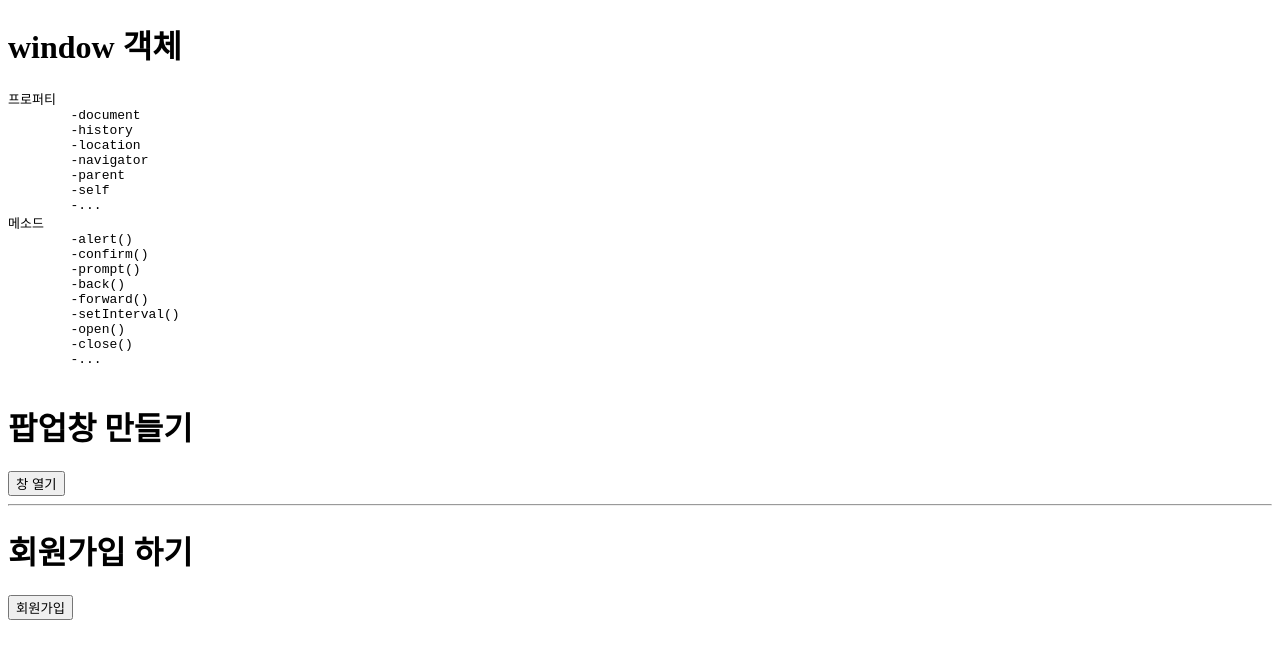
Repository: sunghyun-biblee/LearnSpace
Page: 4_UI/JS_Test/WebContent/js16_window01.html
The author's editor kept a copy of each file at every save. The page is drawn from the files as they stood at one save, then again after the next save.
The browser window is 1280 px wide. The pictures show the whole page.
After loading, the first visible `button[onclick="registForm()"]` was clicked once.

Above is the page before, as saved 2023-10-26 04:10:54.
Console error: ReferenceError: documnet is not defined

### 4_UI/JS_Test/WebContent/js16_window01.html
<!DOCTYPE html>
<html>
<head>
<meta charset="UTF-8">
<title>Insert title here</title>
<style type="text/css">
	#regist{
		border : 1px solid black;
		background: pink;
		position : absolute;
		top: 515px;
		left:400px;
		display:none;
	}
</style>
<script type="text/javascript">
	function registForm(){
		// 숨겨둔 회원가입 창을 보이게
		 documnet.getElementById("regist").style.display="block"

		// let url="js17_window03.html";
		// let target="_blank";
		// let prop="width=600px,height=600px";
		// window.open(url,target,prop);
	}
	function openWin(){
		let url="js16_window02.html";
		let target="_blank";
		let prop="width=500px,height=500px";
		window.open(url,target,prop);
	}

</script>
</head>
<body>
	<h1>window 객체</h1>
<pre>
프로퍼티
	-document
	-history
	-location
	-navigator
	-parent
	-self
	-...
메소드
	-alert()
	-confirm()
	-prompt()
	-back()
	-forward()
	-setInterval()
	-open()
	-close()
	-...
	</pre>
<div>
	<h1>팝업창 만들기</h1>
	<button onclick="openWin();" name="btn">창 열기</button>
</div>
<div id="tt"></div>

<hr>
<h1>회원가입 하기</h1>
<button onclick="registForm()" name="btn">회원가입</button>
<!-- 회원가입 폼 -->
<div id="regist">
	<form action="">
	<table>
		<caption>회원가입</caption>
		<tr>
			<td>아이디</td>
			<td> <input type="text" name="id"> <input type="button" value="중복체크"> </td>
		</tr>
		<tr>
			<td>패스워드</td>
			<td> <input type="password" name="pwd" style="color:red;"></td>
		</tr>
		<tr>
			<td colspan="2" align="center"> <input type="button" value="확인"> </td>
		</tr>
		</table>

	</form>
</div>



</body>
</html>

After the next save:
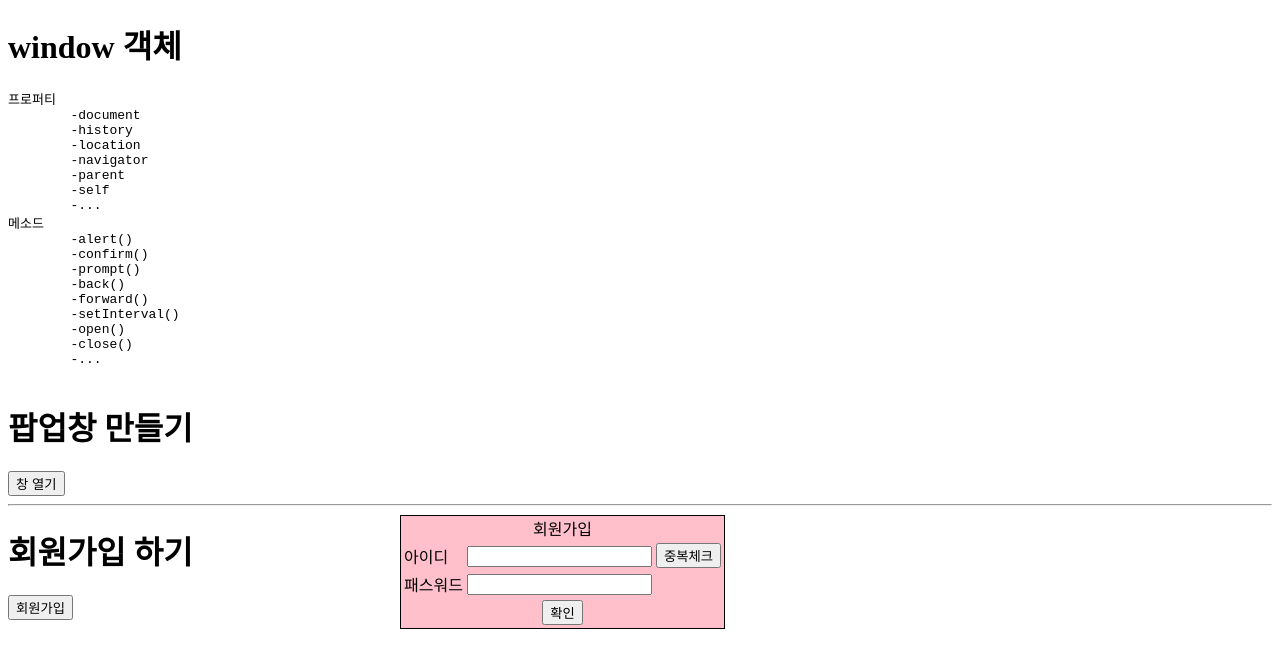
The error is gone.
Saved 107 s later.
--- a/4_UI/JS_Test/WebContent/js16_window01.html
+++ b/4_UI/JS_Test/WebContent/js16_window01.html
@@ -16,7 +16,7 @@
 <script type="text/javascript">
 	function registForm(){
 		// 숨겨둔 회원가입 창을 보이게
-		 documnet.getElementById("regist").style.display="block"
+		 document.getElementById("regist").style.display="block"
 
 		// let url="js17_window03.html";
 		// let target="_blank";
